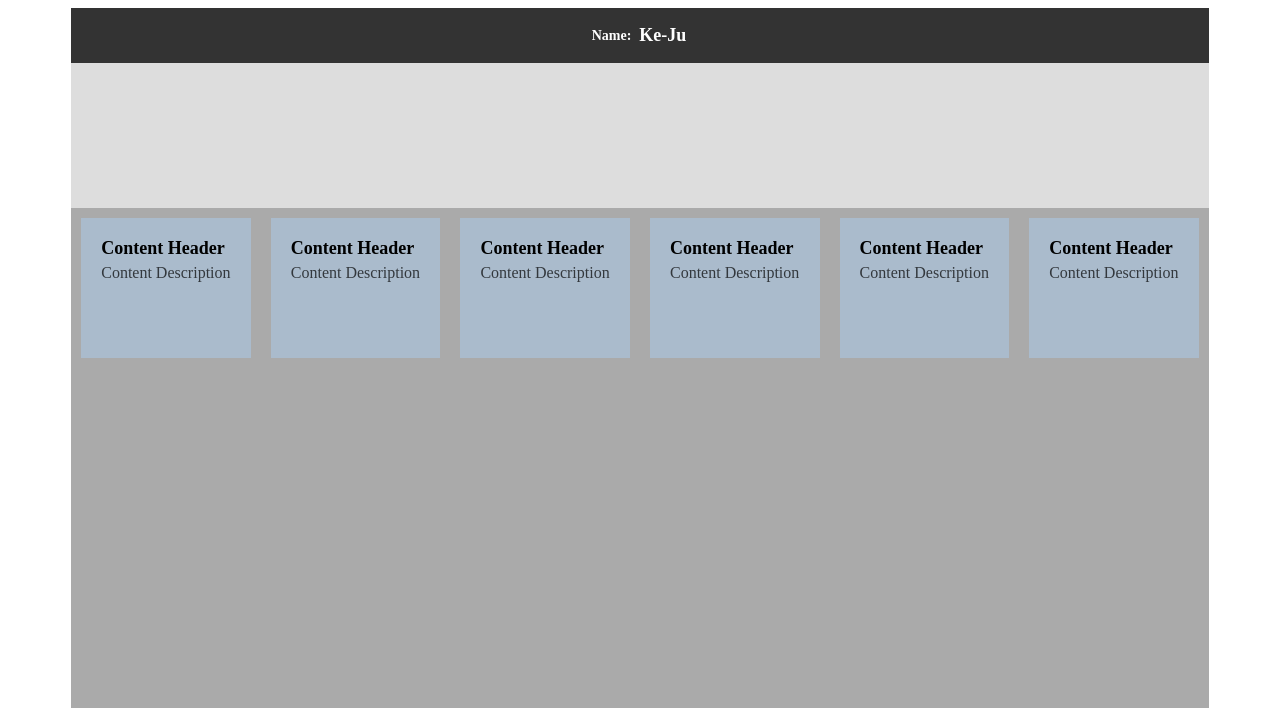
Repository: kerudai/mdiat3126nextapp
Page: /
The author's editor kept a copy of each file at every save. The page is drawn from the files as they stood at one save, then again after the next save.
The browser window is 1280 px wide. The pictures show the whole page.
The project was rebuilt for these pictures with package versions that can differ from the ones it lists, and the page was loaded fresh each time. The framework's server and built-in components were replaced by stand-ins that run in the browser.

Above is the page before, as saved 2020-09-29 16:46:28.

### pages/_app.js
import './app.scss';

function MyApp({ Component, pageProps }) {
  return <Component {...pageProps} />
}

export default MyApp

### pages/index.js
import Header from '../comps/Header';

export default function Home() {
  return (
    <div className="main">
      <div className="header">
        <Header />
      </div>
      <div className="contents">
        <div>
          <div>Content Header</div>
          <div>Content Description</div>
        </div>
        <div>
          <div>Content Header</div>
          <div>Content Description</div>
        </div>
        <div>
          <div>Content Header</div>
          <div>Content Description</div>
        </div>
        <div>
          <div>Content Header</div>
          <div>Content Description</div>
        </div>
        <div>
          <div>Content Header</div>
          <div>Content Description</div>
        </div>
        <div>
          <div>Content Header</div>
          <div>Content Description</div>
        </div>
      </div>
    </div>
  )
}

### pages/app.scss
$fs:18px;

@import './index.scss';

### comps/Header/index.js
import React from 'react';
import styled, {css} from 'styled-components';

const HeadTitle = styled.h1`
    font-size: 18px;
    color: ${props=>props.color ? props.color : "#FFF"};
    padding: 5px;
    ${props=>props.highlight === true && css`
    background-color: #F5A;
    margin: 10px;
    `}
`;

const SubHeadTitle = styled(HeadTitle)`
    font-size: 14px;
    padding: 3px;
`;

const HeadBox = styled.div`
    background-color: #333;
    display: flex;
    align-items: center;
    justify-content: center;
`;

const Header = ({color, highlight}) => {
    return <HeadBox>
        <SubHeadTitle color={color}>Name: </SubHeadTitle>
        <HeadTitle highlight={highlight}>Ke-Ju</HeadTitle>
    </HeadBox>;
}

Header.defaultProps = {
    color: null,
    highlight: null
};

export default Header;

### pages/index.scss
.main {
    width: 90%;
    margin: auto;

    .header {
        min-height: 200px;
        background-color: #DDD;
    }

    .contents {
        min-height: 500px;
        display: flex;
        background-color: #AAA;
        flex-wrap: wrap;

        & > div {
            background-color: #ABC;
            flex: 1 0 100px;
            height: 100px;
            margin: 10px;
            padding: 20px;

            & > div:first-child {
                //header
                font-size: $fs;
                font-weight: bold;
                margin-bottom: 5px;
            }

            & > div:nth-child(2) {
                color: rgba(0,0,0,0.7);
            }
        }

    }
}

After the next save:
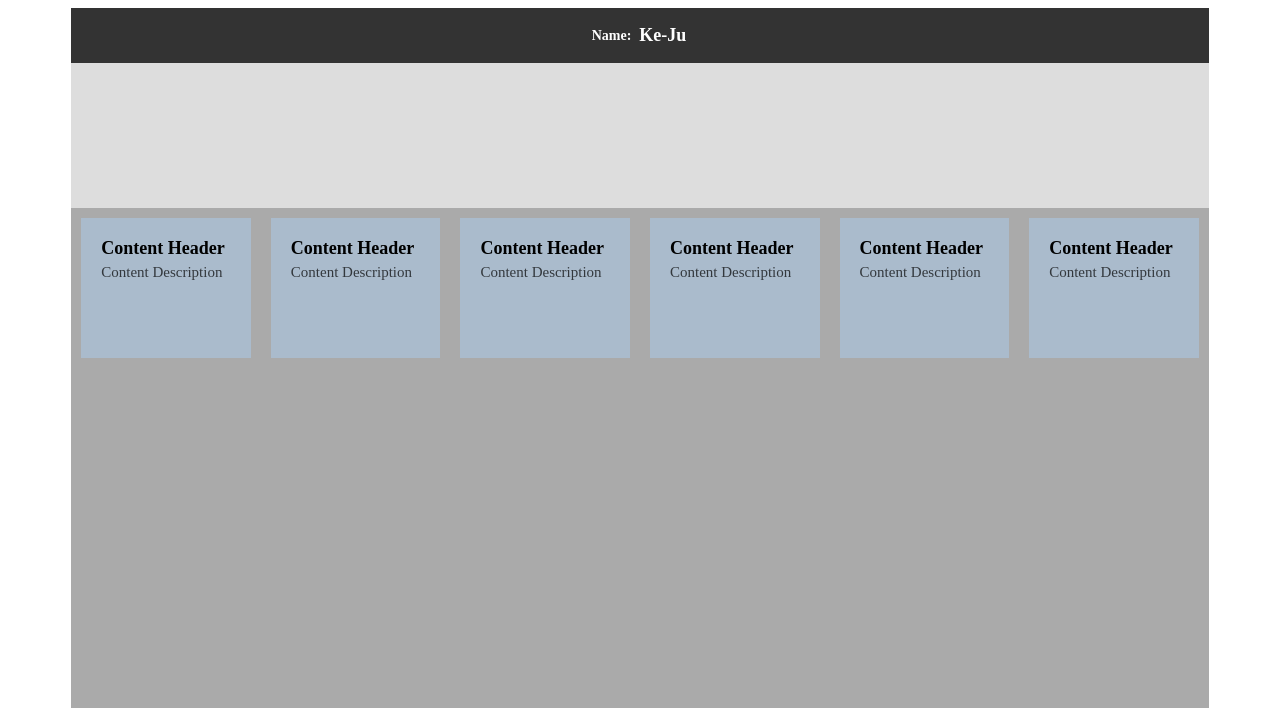
Saved 63 s later.
--- a/pages/index.scss
+++ b/pages/index.scss
@@ -28,6 +28,7 @@
             }
 
             & > div:nth-child(2) {
+                font-size: $fs/1.2;
                 color: rgba(0,0,0,0.7);
             }
         }
